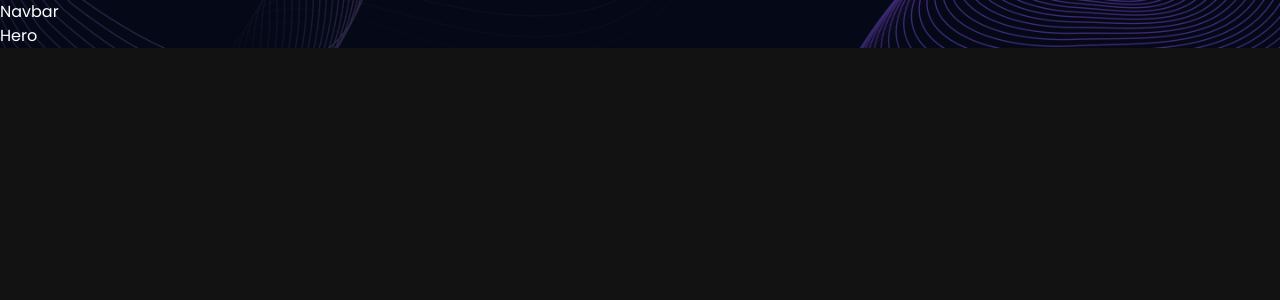
Repository: davedeguia/3d-portfolio
Page: /
These files come from the project's save history. The page is drawn as it stood at one moment and after the next save; the edit follows.
The browser window is 1280 px wide. The pictures show the whole page.
The project was rebuilt for these pictures with package versions that can differ from the ones it lists, and the page was loaded fresh each time. Also part of the build but not shown: vite.config.js, src/components/canvas/Earth.jsx, src/components/canvas/Ball.jsx, src/components/canvas/Computers.jsx, src/components/canvas/Stars.jsx, src/components/Tech.jsx, src/components/Works.jsx, src/components/Feedbacks.jsx and 1 more.

Above is the page before, as saved 2023-03-04 14:12:41.

### src/App.jsx
import { BrowserRouter } from 'react-router-dom'
import {
  About,
  Contact,
  Experience,
  Feedbacks,
  Hero,
  Navbar,
  Tech,
  Works,
  StarsCanvas,
} from './components'

const App = () => {
  return (
    <BrowserRouter>
      <div className='relative z-0 bg-primary'>
        <div className='bg-hero-pattern bg-cover bg-no-repeat bg-center'>
          <Navbar />
          <Hero />
        </div>
      </div>
    </BrowserRouter>
  )
}

export default App

### tailwind.config.cjs
/** @type {import('tailwindcss').Config} */
module.exports = {
  content: ['./src/**/*.{js,jsx}'],
  mode: 'jit',
  theme: {
    extend: {
      colors: {
        primary: '#050816',
        secondary: '#aaa6c3',
        tertiary: '#151030',
        'black-100': '#100d25',
        'black-200': '#090325',
        'white-100': '#f3f3f3',
      },
      boxShadow: {
        card: '0px 35px 120px -15px #211e35',
      },
      screens: {
        xs: '450px',
      },
      backgroundImage: {
        'hero-pattern': "url('/src/assets/herobg.png')",
      },
    },
  },
  plugins: [],
}

Loaded but not shown: index.html (common file); src/main.jsx (common file); src/index.css (common file); src/components/index.js (common file); src/components/canvas/index.js (common file); src/components/Hero.jsx (common file); src/components/Navbar.jsx (common file); src/components/About.jsx (common file); src/components/Experience.jsx (common file)

After the next save:
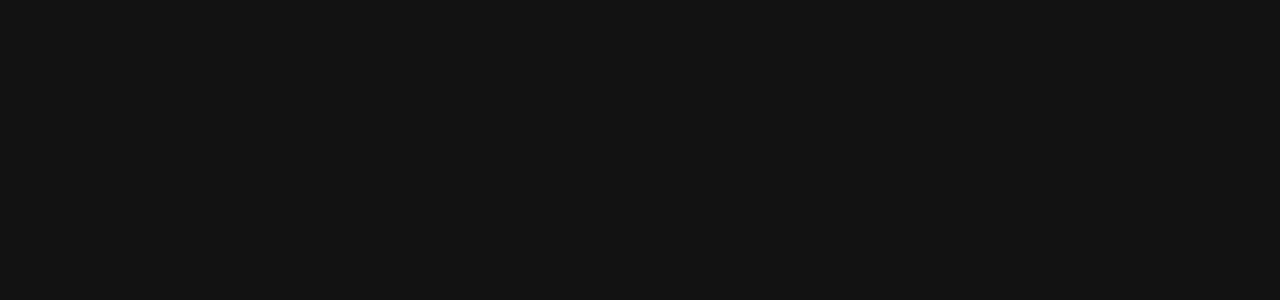
Console error: ReferenceError: Exper is not defined
Saved 21 s later.
--- a/src/App.jsx
+++ b/src/App.jsx
@@ -19,6 +19,8 @@
           <Navbar />
           <Hero />
         </div>
+        <About />
+        <Exper></Exper>
       </div>
     </BrowserRouter>
   )

After the save that followed:
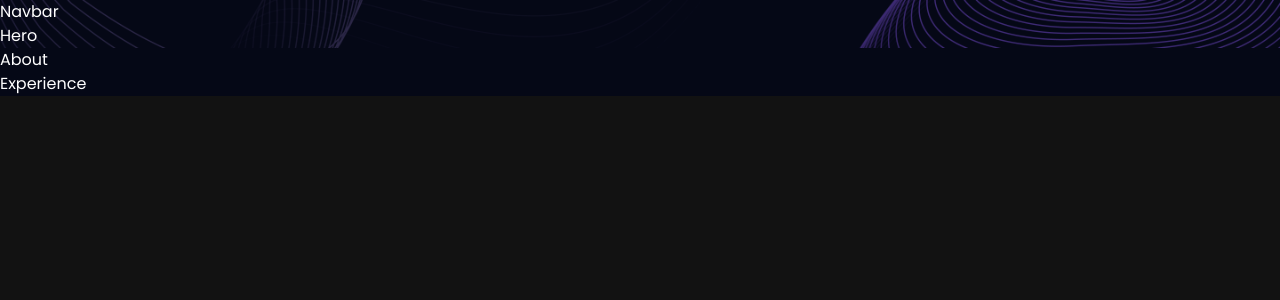
The error is gone.
Saved 7 s later.
--- a/src/App.jsx
+++ b/src/App.jsx
@@ -20,7 +20,7 @@
           <Hero />
         </div>
         <About />
-        <Exper></Exper>
+        <Experience />
       </div>
     </BrowserRouter>
   )
